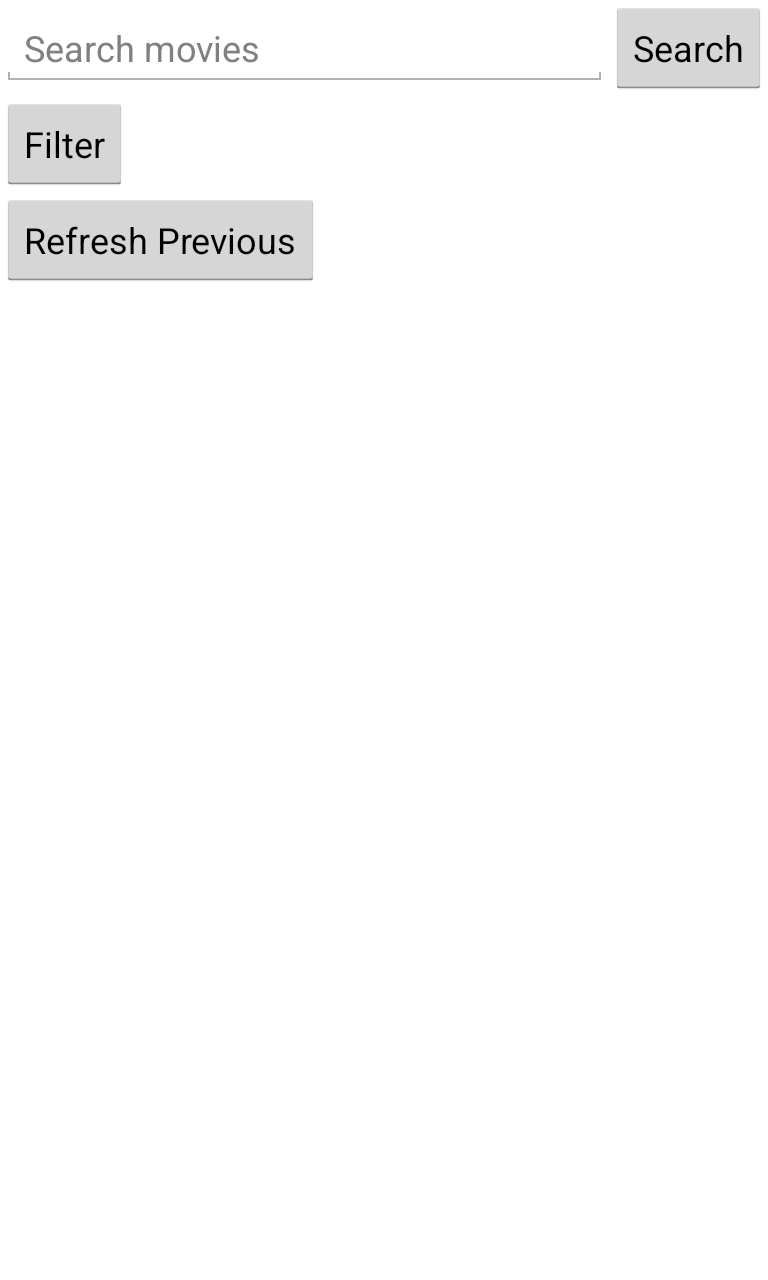
Repository: Tupling/Android-MovieDB
Layout: Java2_Android_App/MovieDB/res/layout/linear_layout.xml
These files come from the project's save history. The layout is drawn as it stood at one moment and after the next save; the edit follows.
It is drawn on a 768 x 1280 px phone screen (xhdpi) without system bars, with theme AppTheme; the app's code is not run. Lists and similar views that code fills are empty.

Above is the layout before, as saved 2013-12-07 19:24:26.

### Java2_Android_App/MovieDB/res/layout/linear_layout.xml
<?xml version="1.0" encoding="utf-8"?>
<LinearLayout xmlns:android="http://schemas.android.com/apk/res/android"
    android:layout_width="match_parent"
    android:layout_height="match_parent"
    android:orientation="vertical" >

    <LinearLayout
        android:layout_width="match_parent"
        android:layout_height="wrap_content"
        android:orientation="horizontal">

        <EditText
            android:id="@+id/search_input"
            android:layout_width="0dip"
            android:layout_weight="1"
            android:layout_height="wrap_content"
            android:hint="@string/search_movies"/>

        <Button
            android:id="@+id/search_button"
            android:layout_width="wrap_content"
            android:layout_height="wrap_content"
            android:text="@string/search_btn_text"/>


    </LinearLayout>
            <Button
            android:id="@+id/filter_button"
            android:layout_width="wrap_content"
            android:layout_height="wrap_content"
            android:text="@string/filter_btn_text"/>

            <Button
            android:id="@+id/refresh_previous"
            android:layout_width="wrap_content"
            android:layout_height="wrap_content"
            android:text="@string/refresh_btn_text"/>
        <ListView
       android:id="@+id/movie_list"
        android:layout_width="wrap_content"
        android:layout_height="wrap_content" >

    </ListView>
</LinearLayout>

### Java2_Android_App/MovieDB/res/values/strings.xml
<?xml version="1.0" encoding="utf-8"?>
<resources>

    <string name="app_name">MovieDB</string>
    <string name="action_settings">Settings</string>
    <string name="hello_world">Hello world!</string>
    <string name="search_movies">Search movies</string>
    <string name="search_btn_text">Search</string>
    <string name="filter_btn_text">Filter</string>
    <string name="refresh_btn_text">Refresh Previous</string>

</resources>

Loaded but not shown: Java2_Android_App/MovieDB/res/values/styles.xml (common file); Java2_Android_App/MovieDB/res/values-v11/styles.xml (common file); Java2_Android_App/MovieDB/res/values-v14/styles.xml (common file)

After the next save:
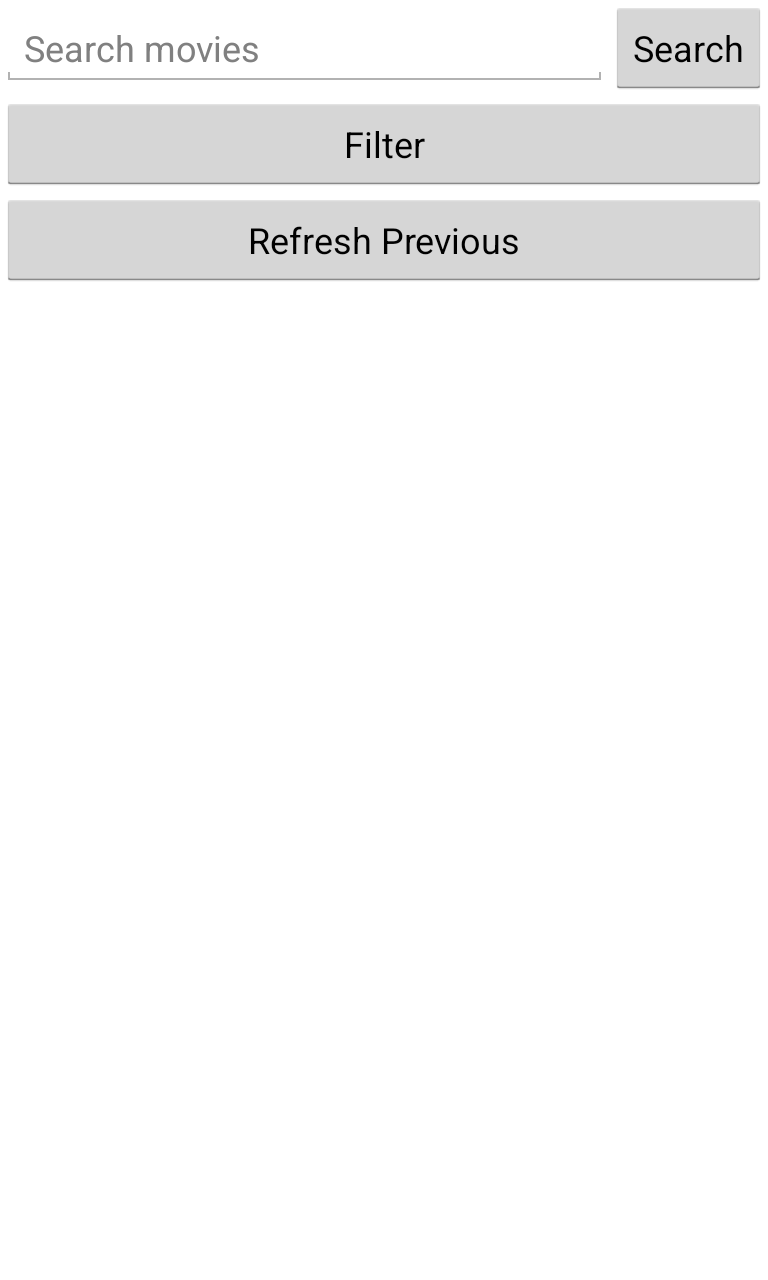
Saved 4 min 12 s later.
--- a/Java2_Android_App/MovieDB/res/layout/linear_layout.xml
+++ b/Java2_Android_App/MovieDB/res/layout/linear_layout.xml
@@ -24,17 +24,19 @@
 
 
     </LinearLayout>
-            <Button
-            android:id="@+id/filter_button"
-            android:layout_width="wrap_content"
-            android:layout_height="wrap_content"
-            android:text="@string/filter_btn_text"/>
 
-            <Button
-            android:id="@+id/refresh_previous"
-            android:layout_width="wrap_content"
-            android:layout_height="wrap_content"
-            android:text="@string/refresh_btn_text"/>
+    <Button
+        android:id="@+id/filter_button"
+        android:layout_width="match_parent"
+        android:layout_height="wrap_content"
+        android:text="@string/filter_btn_text" />
+
+    <Button
+        android:id="@+id/refresh_previous"
+        android:layout_width="match_parent"
+        android:layout_height="wrap_content"
+        android:text="@string/refresh_btn_text" />
+
         <ListView
        android:id="@+id/movie_list"
         android:layout_width="wrap_content"
